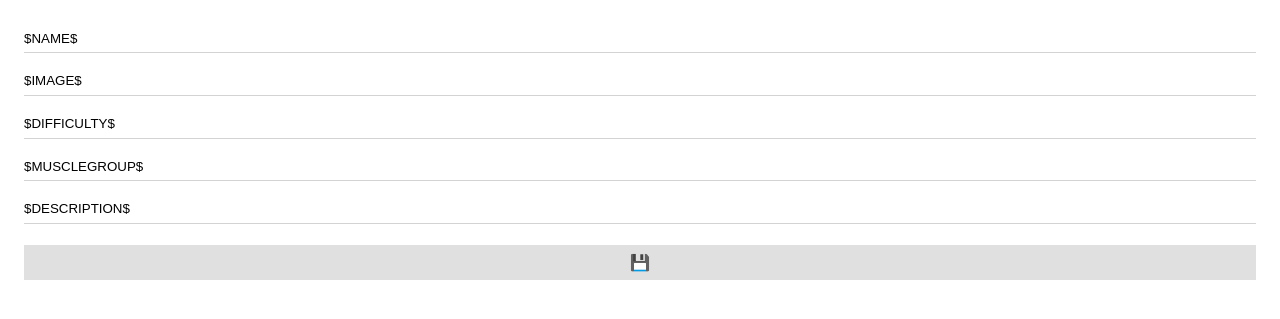
Repository: KIThubber/Fitnesstagebuch
Page: Frontend/src/page-edit/page-edit.html
The author's editor kept a copy of each file at every save. The page is drawn from the files as they stood at one save, then again after the next save.
The browser window is 1280 px wide. The pictures show the whole page.

Above is the page before, as saved 2022-05-08 18:32:43.

After the next save:
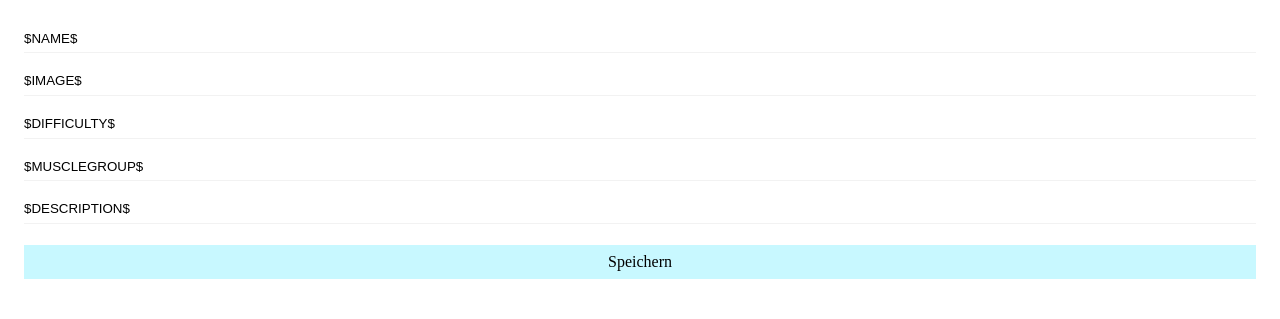
Saved 6 min 42 s later.
--- a/Frontend/src/page-edit/page-edit.html
+++ b/Frontend/src/page-edit/page-edit.html
@@ -7,10 +7,10 @@
     }
 
     main .form > * {
-        display: block;
+        /* display: block; */
         width: 100%;
 
-        border: 0px solid lightgrey;
+        border: 0px solid #F2F2F2;
         border-bottom-width: 1px;
 
         padding: 0.5em 0 0.5em 0;
@@ -26,10 +26,7 @@
     main .actions > div {
         padding: 0.5em;
         margin: 0.5em;
-
-        background-color: #e0e0e0;
-        transition: background-color 0.5s;
-
+        background-color: #C8F8FF;
         flex: 1;
         text-align: center;
     }
@@ -52,15 +49,15 @@
 <main>
     <div>
         <div class="form">
-            <input class="name" placeholder="name" value="$NAME$" />
-            <input class="image" placeholder="image" value="$IMAGE$" />
-            <input class="difficulty" placeholder="difficulty" value="$DIFFICULTY$" />
-            <input class="muscleGroup" placeholder="muscleGroup" value="$MUSCLEGROUP$" />
-            <input class="description" placeholder="description" value="$DESCRIPTION$" />
+            <input class="name" placeholder="Name" value="$NAME$" />
+            <input class="image" placeholder="Bild" value="$IMAGE$" />
+            <input class="difficulty" placeholder="Schwierigkeit" value="$DIFFICULTY$" />
+            <input class="muscleGroup" placeholder="Muskelgruppe" value="$MUSCLEGROUP$" />
+            <input class="description" placeholder="Beschreibung" value="$DESCRIPTION$" />
         </div>
         <div class="actions">
             <div class="action save">
-                <a>💾</a>
+                <a>Speichern</a>
             </div>
         </div>
     </div>
